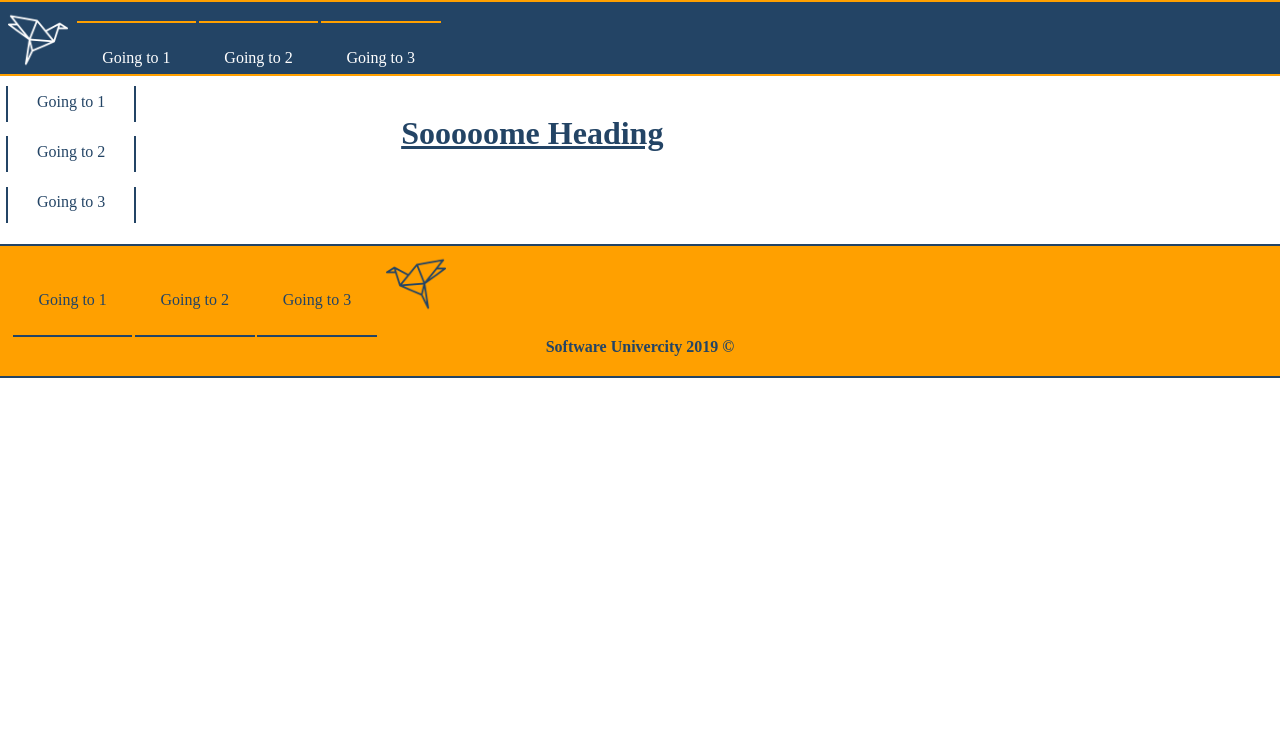
Repository: vsterev/origami
Page: /
An editor plug-in stored every save of this project. The page is shown before and after the next save, followed by the edit.
The browser window is 1280 px wide. The pictures show the whole page.
The project was rebuilt for these pictures with package versions that can differ from the ones it lists, and the page was loaded fresh each time.

Above is the page before, as saved 2020-07-12 15:41:57.

After the next save:
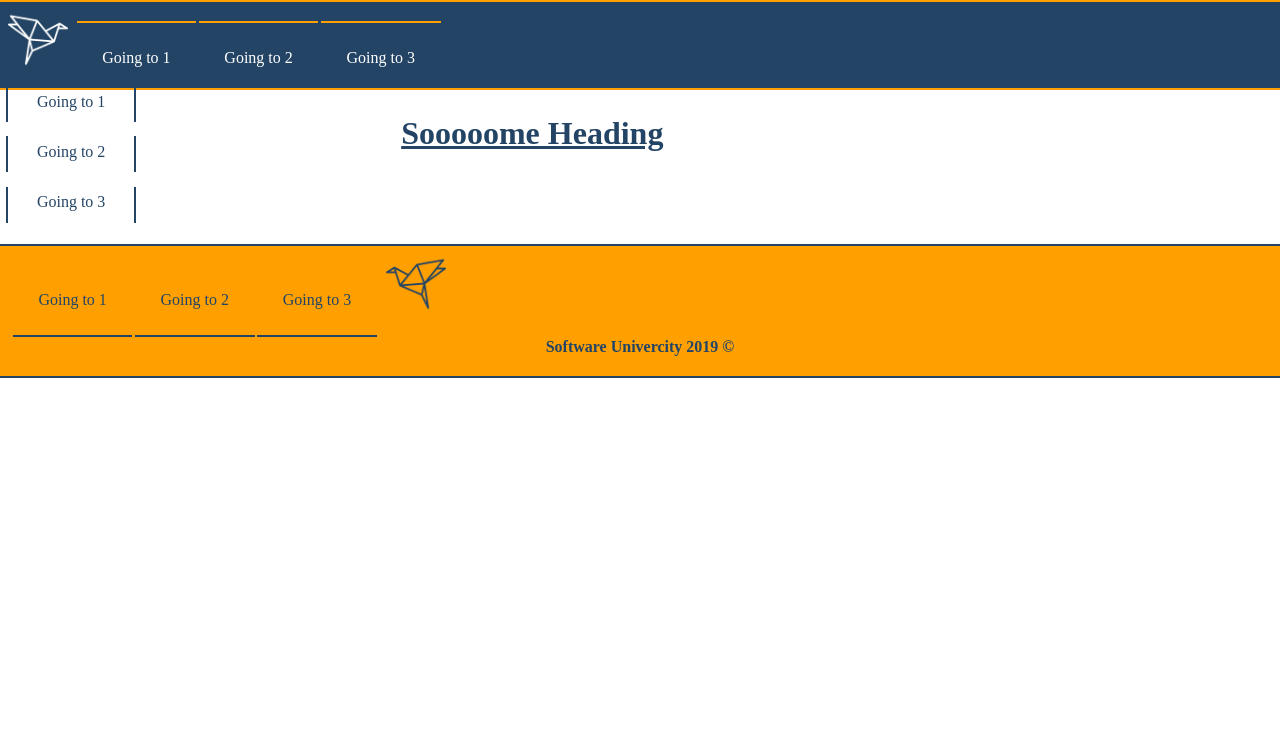
Saved 9 s later.
--- a/src/components/header/styles.css
+++ b/src/components/header/styles.css
@@ -1,6 +1,6 @@
 .Navigation {
     width: 100%;
-    height: 10vh;
+    height: 12vh;
     background-color: #234465;
     color: white;
     position: fixed;
